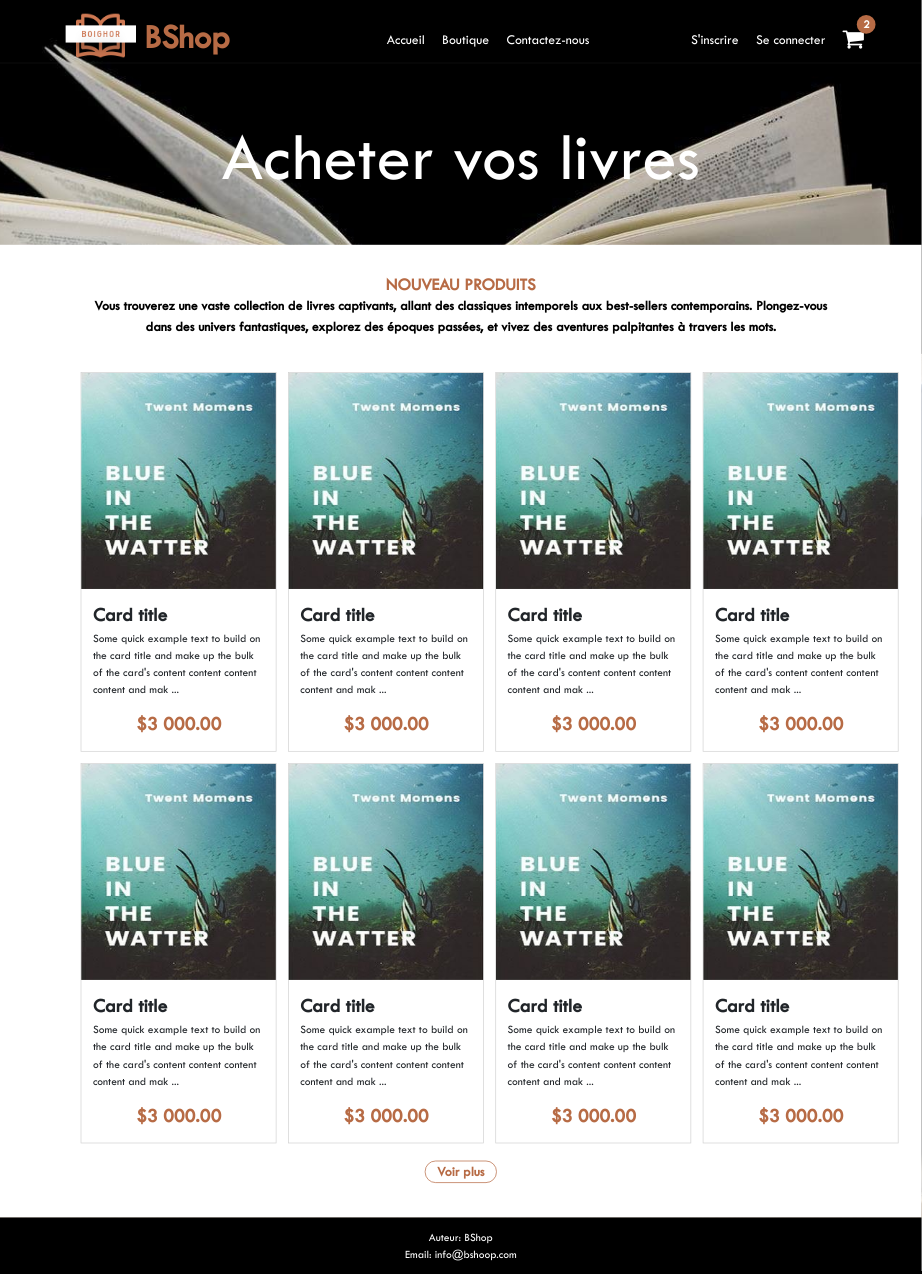
Repository: padevft/e-commerce-php
Page: http://localhost/
These files come from the project's save history. The page is drawn as it stood at one moment and after the next save; the edit follows.
The browser window is 1280 px wide. The pictures show the whole page, at 72% of full size.
The page is run by PHP 8.4 with error messages shown; the project is at /var/www/html/.

Above is the page before, as saved 2023-09-18 10:07:37.

After the next save:
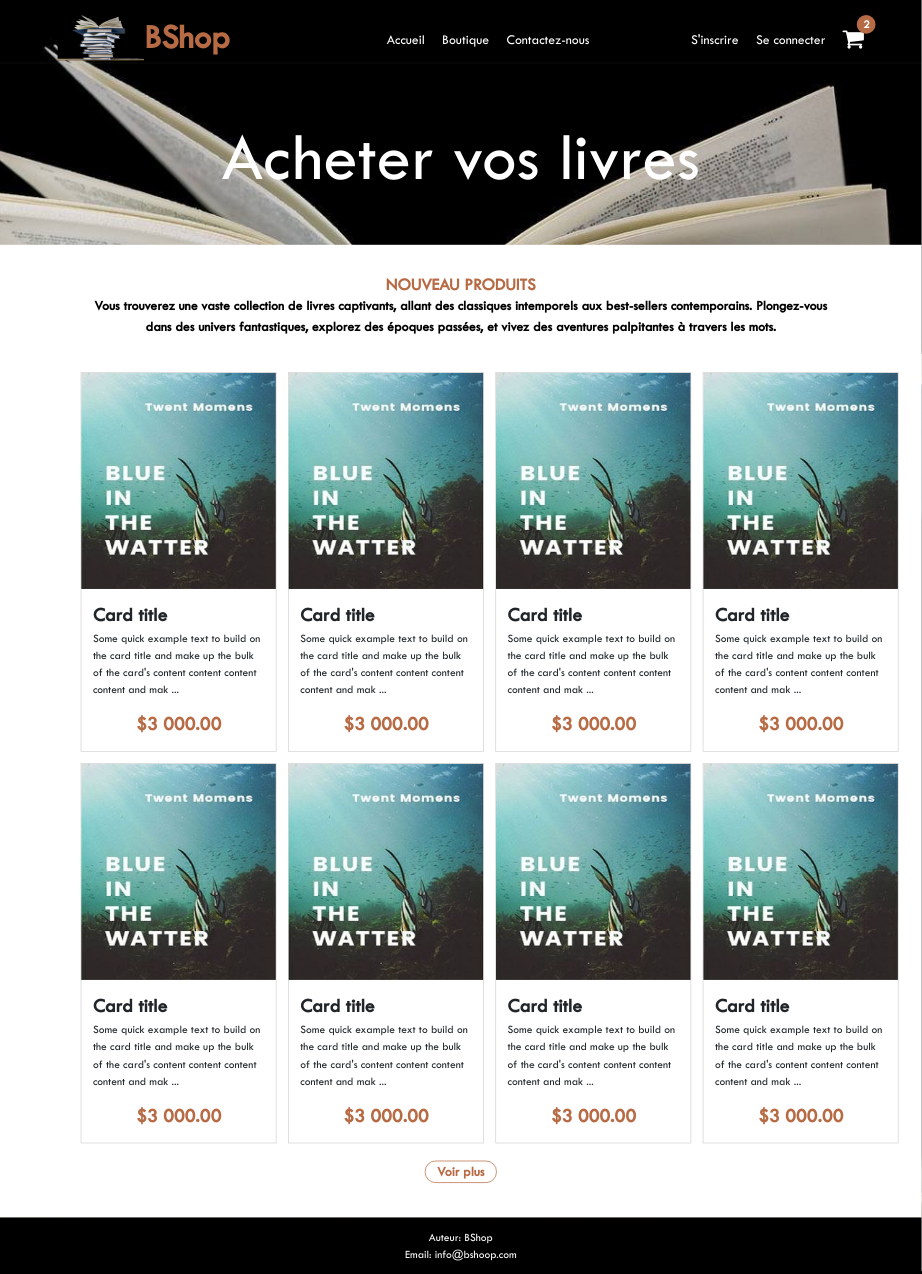
Saved 49 s later.
--- a/server/includes/header.inc.php
+++ b/server/includes/header.inc.php
@@ -4,7 +4,7 @@
             <div class="col-12 col-sm-4">
                 <div class="d-flex flex-row align-items-center">
                     <a class="container-logo" href="./index.html">
-                        <img src="../../client/images/logo.png" />
+                        <img src="../../client/images/bg.jpg" />
                     </a>
                     <span class="text-logo">BShop</span>
                 </div>

After the 5 saves that followed:
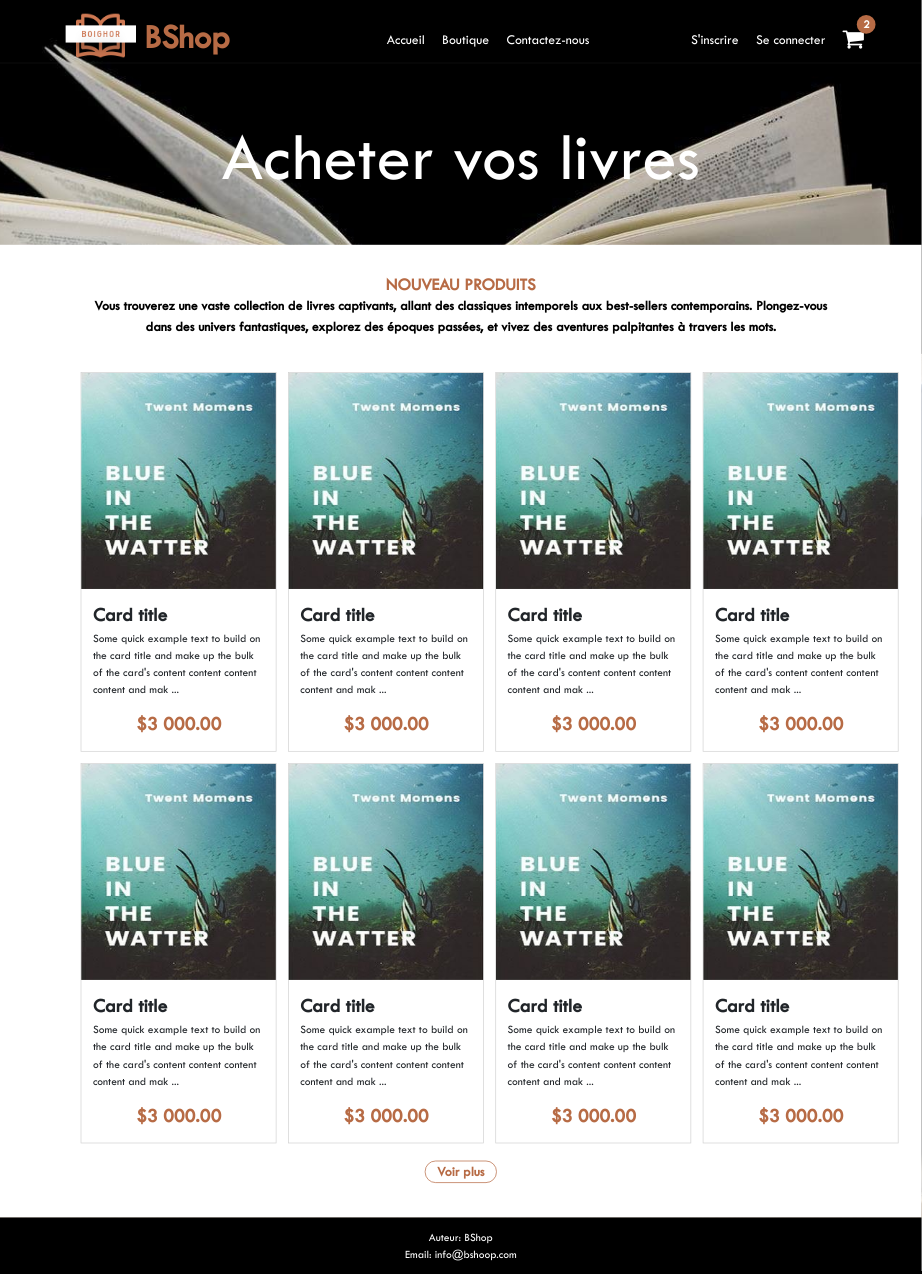
The 5 saves are shown as one change because 4 left the picture as it was.
The last was saved 2 min 20 s later.
--- a/server/includes/header.inc.php
+++ b/server/includes/header.inc.php
@@ -4,7 +4,7 @@
             <div class="col-12 col-sm-4">
                 <div class="d-flex flex-row align-items-center">
                     <a class="container-logo" href="./index.html">
-                        <img src="../../client/images/bg.jpg" />
+                        <img src="../../client/images/logo.png" />
                     </a>
                     <span class="text-logo">BShop</span>
                 </div>
